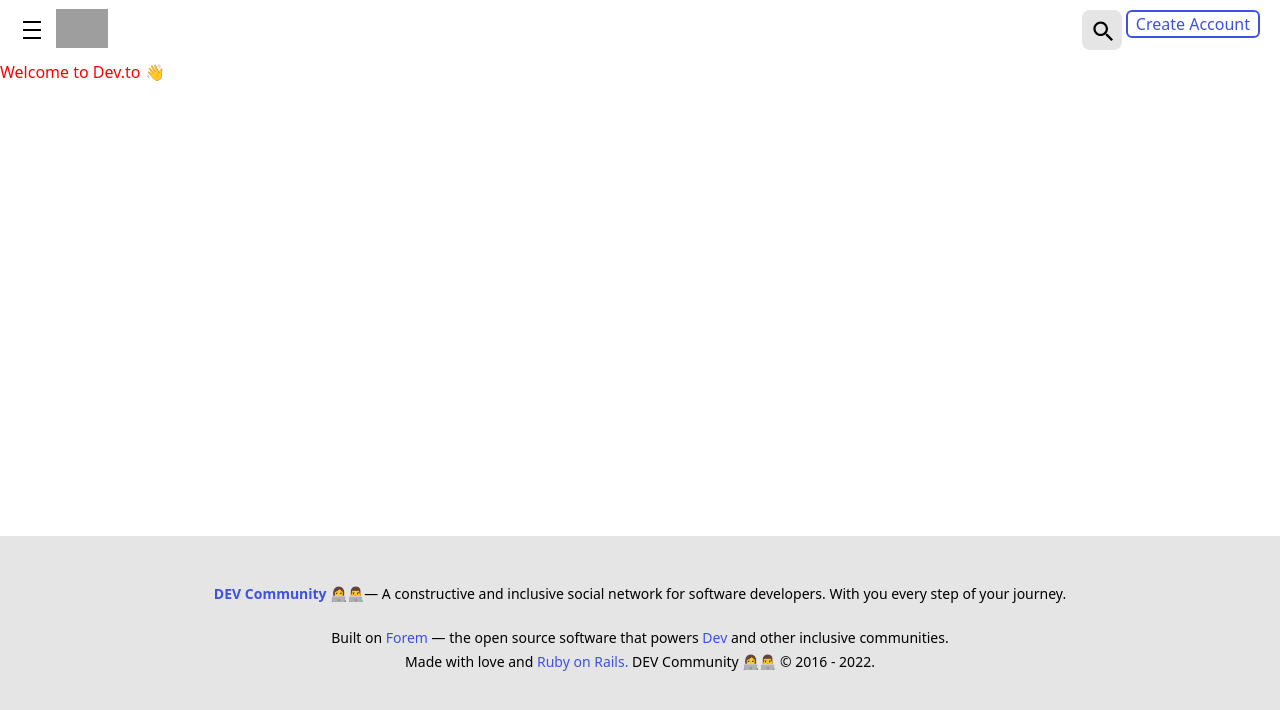
Repository: dat-nguyen-2001/dev.to-stopped-
Page: / (app in client/)
These files come from the project's save history. The page is drawn as it stood at one moment and after the next save; the edit follows.
The browser window is 1280 px wide. The pictures show the whole page.
Pictures or frames that could not be fetched are drawn as grey boxes. The project was rebuilt for these pictures with package versions that can differ from the ones it lists, and the page was loaded fresh each time. The framework's server and built-in components were replaced by stand-ins that run in the browser. Also part of the build but not shown: client/next.config.js.

Above is the page before, as saved 2022-09-18 14:31:03.

### client/pages/_app.tsx
import React from 'react'
import { AppProps } from 'next/app'


import '../styles/index.css'

function MyApp({ Component, pageProps }: AppProps) {
  return <Component {...pageProps} />
}

export default MyApp

### client/pages/index.tsx
import Layout from '../components/Layout'

const IndexPage = () => (
  <Layout title="DEV Community 👩‍💻👨‍💻">
    <h1 className='text-[red]'>Welcome to Dev.to 👋</h1>
  </Layout>
)

export default IndexPage

### client/styles/index.css
@tailwind base;
@tailwind components;
@tailwind utilities;

.nav-wrapper {
    justify-content: space-between;
}

### client/components/Layout.tsx
import React, { ReactNode } from 'react'
import Head from 'next/head'
import Footer from './Footer'
import NavBar from './nav/NavBar'

interface Props {
  children?: ReactNode
  title?: string
}

const Layout = ({ children, title = 'This is the default title' }: Props) => (
  <div>
    <Head>
      <title>{title}</title>
      <meta charSet="utf-8" />
      <meta name="viewport" content="initial-scale=1.0, width=device-width" />
      <link rel="icon" href="dev.to.png" />
    </Head>
    <NavBar />
    {children}
    <Footer />
  </div>
)

export default Layout

### client/components/Footer.tsx
import Link from "next/link"



const Footer = () => {

    return (
        <div className="fixed bottom-0 w-screen bg-[#e5e5e5] text-sm">
            <div className="max-w-[1024px] m-auto text-center my-12 flex flex-col space-y-1">
                <p className="mb-5">
                    <span className="text-[#3e51e0] font-bold hover:underline">
                        <Link href={'/'}>
                            DEV Community 👩‍💻👨‍💻
                        </Link>
                    </span>
                    — A constructive and inclusive social network for software developers. With you every step of your journey.
                </p>
                <p>
                    Built on
                    <span> </span>
                    <span className="text-[#3e51e0] hover:underline">
                        <Link href={'https://forem.com/'}>
                            <a target="_blank" rel="noopener noreferrer">
                                Forem
                            </a>
                        </Link>
                    </span> — the open source software that powers
                    <span> </span>
                    <span className="text-[#3e51e0] hover:underline">
                        <Link href={'/'}>
                            Dev
                        </Link>
                    </span> and other inclusive communities.
                </p>
                <p>
                    Made with love and
                    <span> </span>
                    <span className="text-[#3e51e0] hover:underline">
                        <Link href={'https://rubyonrails.org/'}>
                            <a target="_blank" rel="noopener noreferrer">
                                Ruby on Rails.
                            </a>
                        </Link>
                    </span> DEV Community 👩‍💻👨‍💻 © 2016 - 2022.
                </p>
            </div>
        </div>)
}

export default Footer

### client/components/nav/NavBar.tsx
import GuestNav from "./GuestNav";
import DensityMediumIcon from '@mui/icons-material/DensityMedium'; import Link from "next/link";
const NavBar = () => {
    return (
        <div className="flex nav-wrapper w-screen h-[60px] px-5">
            <div className="flex space-x-3 h-[70%] my-auto">
                <DensityMediumIcon className="my-auto cursor-pointer" />
                <Link href={'/'}>
                    <img src="https://dev-to-uploads.s3.amazonaws.com/uploads/logos/resized_logo_UQww2soKuUsjaOGNB38o.png" width={52} />
                </Link>
            </div>
            <div className="flex items-center">
                <GuestNav />
            </div>
        </div>
    )
}

export default NavBar

### client/components/nav/GuestNav.tsx
import SearchIcon from '@mui/icons-material/Search';
import Link from 'next/link';

const GuestNav = () => {
    return (
        <div className='flex space-x-1'>
            <div className='w-10 h-10 bg-[#e5e5e5] rounded-lg cursor-pointer'>
                <SearchIcon fontSize='large' className='my-auto pt-2 pl-2' />
            </div>
            <Link href={"/register"}>
                <button className='border-solid border-[#3e51e0] border-2 px-2 rounded-md text-[#3e51e0]'>
                    Create Account
                </button>
            </Link>
        </div>
    )
}

export default GuestNav

Loaded but not shown: client/tailwind.config.js (common file)

After the next save:
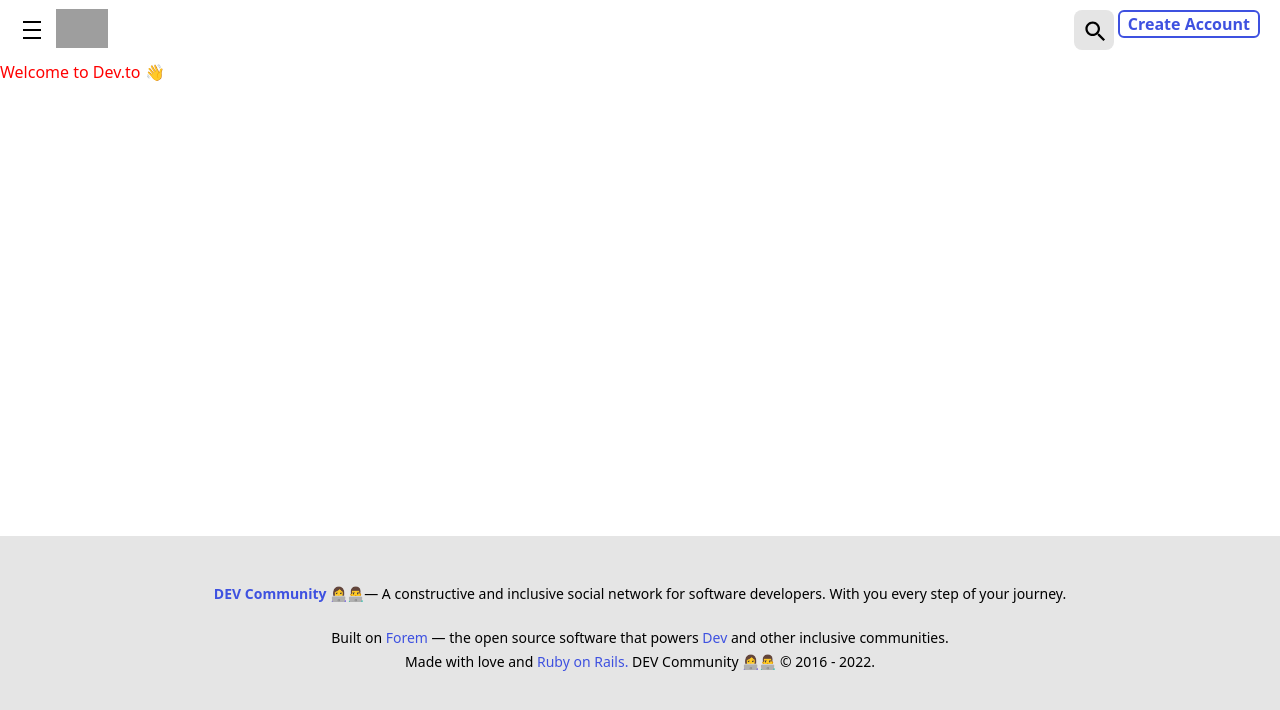
Saved 9 s later.
--- a/client/components/nav/GuestNav.tsx
+++ b/client/components/nav/GuestNav.tsx
@@ -8,7 +8,7 @@
                 <SearchIcon fontSize='large' className='my-auto pt-2 pl-2' />
             </div>
             <Link href={"/register"}>
-                <button className='border-solid border-[#3e51e0] border-2 px-2 rounded-md text-[#3e51e0]'>
+                <button className='border-solid border-[#3e51e0] border-2 px-2 rounded-md text-[#3e51e0] font-bold'>
                     Create Account
                 </button>
             </Link>
